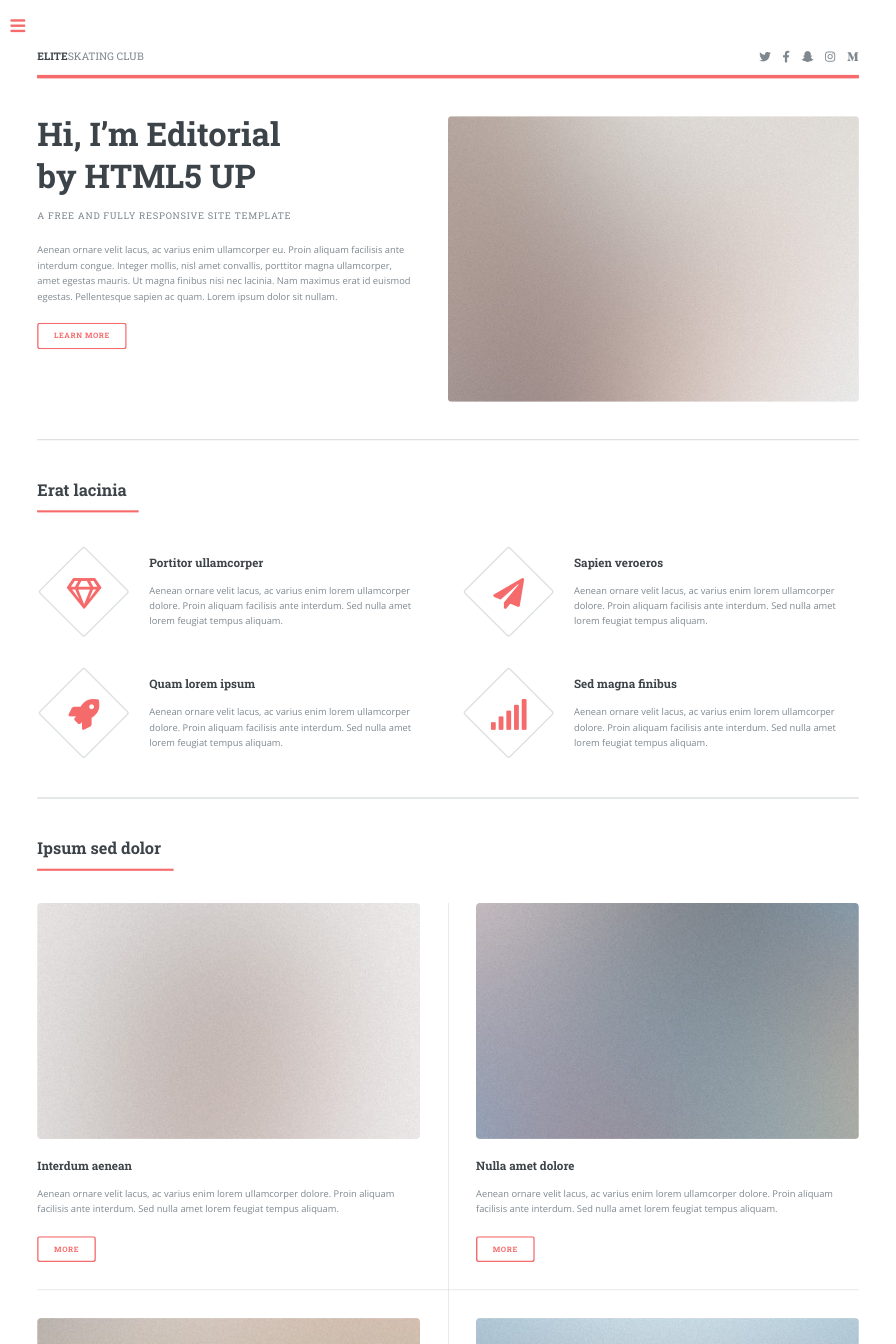
Repository: rachel648/New_Elite
Page: index.html
These files come from the project's save history. The page is drawn as it stood at one moment and after the next save; the edit follows.
The browser window is 1280 px wide. The pictures show the part of the page from y = 0 to 1920 px (the page is 3043 px tall), at 70% of full size.

Above is the page before, as saved 2024-09-20 13:15:13.

### index.html
<!DOCTYPE HTML>
<html>
	<head>
		<title>ELITE SKATES</title>
		<meta charset="utf-8" />
		<meta name="viewport" content="width=device-width, initial-scale=1, user-scalable=no" />
		<link rel="stylesheet" href="assets/css/main.css" />
	</head>
	<body class="is-preload">

		<!-- Wrapper -->
			<div id="wrapper">

				<!-- Main -->
					<div id="main">
						<div class="inner">

							<!-- Header -->
								<header id="header">
									<a href="index.html" class="logo"><strong>ELITE</strong>SKATING CLUB</a>
									<ul class="icons">
										<li><a href="#" class="icon brands fa-twitter"><span class="label">Twitter</span></a></li>
										<li><a href="#" class="icon brands fa-facebook-f"><span class="label">Facebook</span></a></li>
										<li><a href="#" class="icon brands fa-snapchat-ghost"><span class="label">Snapchat</span></a></li>
										<li><a href="#" class="icon brands fa-instagram"><span class="label">Instagram</span></a></li>
										<li><a href="#" class="icon brands fa-medium-m"><span class="label">Medium</span></a></li>
									</ul>
								</header>

							<!-- Banner -->
								<section id="banner">
									<div class="content">
										<header>
											<h1>Hi, I’m Editorial<br />
											by HTML5 UP</h1>
											<p>A free and fully responsive site template</p>
										</header>
										<p>Aenean ornare velit lacus, ac varius enim ullamcorper eu. Proin aliquam facilisis ante interdum congue. Integer mollis, nisl amet convallis, porttitor magna ullamcorper, amet egestas mauris. Ut magna finibus nisi nec lacinia. Nam maximus erat id euismod egestas. Pellentesque sapien ac quam. Lorem ipsum dolor sit nullam.</p>
										<ul class="actions">
											<li><a href="#" class="button big">Learn More</a></li>
										</ul>
									</div>
									<span class="image object">
										<img src="images/pic10.jpg" alt="" />
									</span>
								</section>

							<!-- Section -->
								<section>
									<header class="major">
										<h2>Erat lacinia</h2>
									</header>
									<div class="features">
										<article>
											<span class="icon fa-gem"></span>
											<div class="content">
												<h3>Portitor ullamcorper</h3>
												<p>Aenean ornare velit lacus, ac varius enim lorem ullamcorper dolore. Proin aliquam facilisis ante interdum. Sed nulla amet lorem feugiat tempus aliquam.</p>
											</div>
										</article>
										<article>
											<span class="icon solid fa-paper-plane"></span>
											<div class="content">
												<h3>Sapien veroeros</h3>
												<p>Aenean ornare velit lacus, ac varius enim lorem ullamcorper dolore. Proin aliquam facilisis ante interdum. Sed nulla amet lorem feugiat tempus aliquam.</p>
											</div>
										</article>
										<article>
											<span class="icon solid fa-rocket"></span>
											<div class="content">
												<h3>Quam lorem ipsum</h3>
												<p>Aenean ornare velit lacus, ac varius enim lorem ullamcorper dolore. Proin aliquam facilisis ante interdum. Sed nulla amet lorem feugiat tempus aliquam.</p>
											</div>
										</article>
										<article>
											<span class="icon solid fa-signal"></span>
											<div class="content">
												<h3>Sed magna finibus</h3>
												<p>Aenean ornare velit lacus, ac varius enim lorem ullamcorper dolore. Proin aliquam facilisis ante interdum. Sed nulla amet lorem feugiat tempus aliquam.</p>
											</div>
										</article>
									</div>
								</section>

							<!-- Section -->
								<section>
									<header class="major">
										<h2>Ipsum sed dolor</h2>
									</header>
									<div class="posts">
										<article>
											<a href="#" class="image"><img src="images/pic01.jpg" alt="" /></a>
											<h3>Interdum aenean</h3>
											<p>Aenean ornare velit lacus, ac varius enim lorem ullamcorper dolore. Proin aliquam facilisis ante interdum. Sed nulla amet lorem feugiat tempus aliquam.</p>
											<ul class="actions">
												<li><a href="#" class="button">More</a></li>
											</ul>
										</article>
										<article>
											<a href="#" class="image"><img src="images/pic02.jpg" alt="" /></a>
											<h3>Nulla amet dolore</h3>
											<p>Aenean ornare velit lacus, ac varius enim lorem ullamcorper dolore. Proin aliquam facilisis ante interdum. Sed nulla amet lorem feugiat tempus aliquam.</p>
											<ul class="actions">
												<li><a href="#" class="button">More</a></li>
											</ul>
										</article>
										<article>
											<a href="#" class="image"><img src="images/pic03.jpg" alt="" /></a>
											<h3>Tempus ullamcorper</h3>
											<p>Aenean ornare velit lacus, ac varius enim lorem ullamcorper dolore. Proin aliquam facilisis ante interdum. Sed nulla amet lorem feugiat tempus aliquam.</p>
											<ul class="actions">
												<li><a href="#" class="button">More</a></li>
											</ul>
										</article>
										<article>
											<a href="#" class="image"><img src="images/pic04.jpg" alt="" /></a>
											<h3>Sed etiam facilis</h3>
											<p>Aenean ornare velit lacus, ac varius enim lorem ullamcorper dolore. Proin aliquam facilisis ante interdum. Sed nulla amet lorem feugiat tempus aliquam.</p>
											<ul class="actions">
												<li><a href="#" class="button">More</a></li>
											</ul>
										</article>
										<article>
											<a href="#" class="image"><img src="images/pic05.jpg" alt="" /></a>
											<h3>Feugiat lorem aenean</h3>
											<p>Aenean ornare velit lacus, ac varius enim lorem ullamcorper dolore. Proin aliquam facilisis ante interdum. Sed nulla amet lorem feugiat tempus aliquam.</p>
											<ul class="actions">
												<li><a href="#" class="button">More</a></li>
											</ul>
										</article>
										<article>
											<a href="#" class="image"><img src="images/pic06.jpg" alt="" /></a>
											<h3>Amet varius aliquam</h3>
											<p>Aenean ornare velit lacus, ac varius enim lorem ullamcorper dolore. Proin aliquam facilisis ante interdum. Sed nulla amet lorem feugiat tempus aliquam.</p>
											<ul class="actions">
												<li><a href="#" class="button">More</a></li>
											</ul>
										</article>
									</div>
								</section>

						</div>
					</div>

				<!-- Sidebar -->
					<div id="sidebar">
						<div class="inner">

							<!-- Search -->
								<section id="search" class="alt">
									<form method="post" action="#">
										<input type="text" name="query" id="query" placeholder="Search" />
									</form>
								</section>

							<!-- Menu -->
								<nav id="menu">
									<header class="major">
										<h2>Menu</h2>
									</header>
									<ul>
										<li><a href="index.html">Homepage</a></li>
										<li><a href="generic.html">Generic</a></li>
										<li><a href="elements.html">Elements</a></li>
										<li>
											<span class="opener">Submenu</span>
											<ul>
												<li><a href="#">Lorem Dolor</a></li>
												<li><a href="#">Ipsum Adipiscing</a></li>
												<li><a href="#">Tempus Magna</a></li>
												<li><a href="#">Feugiat Veroeros</a></li>
											</ul>
										</li>
										<li><a href="#">Etiam Dolore</a></li>
										<li><a href="#">Adipiscing</a></li>
										<li>
											<span class="opener">Another Submenu</span>
											<ul>
												<li><a href="#">Lorem Dolor</a></li>
												<li><a href="#">Ipsum Adipiscing</a></li>
												<li><a href="#">Tempus Magna</a></li>
												<li><a href="#">Feugiat Veroeros</a></li>
											</ul>
										</li>
										<li><a href="#">Maximus Erat</a></li>
										<li><a href="#">Sapien Mauris</a></li>
										<li><a href="#">Amet Lacinia</a></li>
									</ul>
								</nav>

							<!-- Section -->
								<section>
									<header class="major">
										<h2>Ante interdum</h2>
									</header>
									<div class="mini-posts">
										<article>
											<a href="#" class="image"><img src="images/pic07.jpg" alt="" /></a>
											<p>Aenean ornare velit lacus, ac varius enim lorem ullamcorper dolore aliquam.</p>
										</article>
										<article>
											<a href="#" class="image"><img src="images/pic08.jpg" alt="" /></a>
											<p>Aenean ornare velit lacus, ac varius enim lorem ullamcorper dolore aliquam.</p>
										</article>
										<article>
											<a href="#" class="image"><img src="images/pic09.jpg" alt="" /></a>
											<p>Aenean ornare velit lacus, ac varius enim lorem ullamcorper dolore aliquam.</p>
										</article>
									</div>
									<ul class="actions">
										<li><a href="#" class="button">More</a></li>
									</ul>
								</section>

							<!-- Section -->
								<section>
									<header class="major">
										<h2>Get in touch</h2>
									</header>
									<p>Sed varius enim lorem ullamcorper dolore aliquam aenean ornare velit lacus, ac varius enim lorem ullamcorper dolore. Proin sed aliquam facilisis ante interdum. Sed nulla amet lorem feugiat tempus aliquam.</p>
									<ul class="contact">
										<li class="icon solid fa-envelope"><a href="#">information@untitled.tld</a></li>
										<li class="icon solid fa-phone">(000) 000-0000</li>
										<li class="icon solid fa-home">1234 Somewhere Road #8254<br />
										Nashville, TN 00000-0000</li>
									</ul>
								</section>

							<!-- Footer -->
								<footer id="footer">
									<p class="copyright">&copy; Untitled. All rights reserved. Demo Images: <a href="https://unsplash.com">Unsplash</a>. Design: <a href="https://html5up.net">HTML5 UP</a>.</p>
								</footer>

						</div>
					</div>

			</div>

		<!-- Scripts -->
			<script src="assets/js/jquery.min.js"></script>
			<script src="assets/js/browser.min.js"></script>
			<script src="assets/js/breakpoints.min.js"></script>
			<script src="assets/js/util.js"></script>
			<script src="assets/js/main.js"></script>

	</body>
</html>

Loaded but not shown: assets/css/fontawesome-all.min.css (library); assets/js/jquery.min.js (library); assets/js/browser.min.js (common file); assets/js/breakpoints.min.js (common file); assets/js/util.js (587 lines, source omitted); assets/js/main.js (262 lines, source omitted); assets/css/main.css (2273 lines, source omitted)

After the next save:
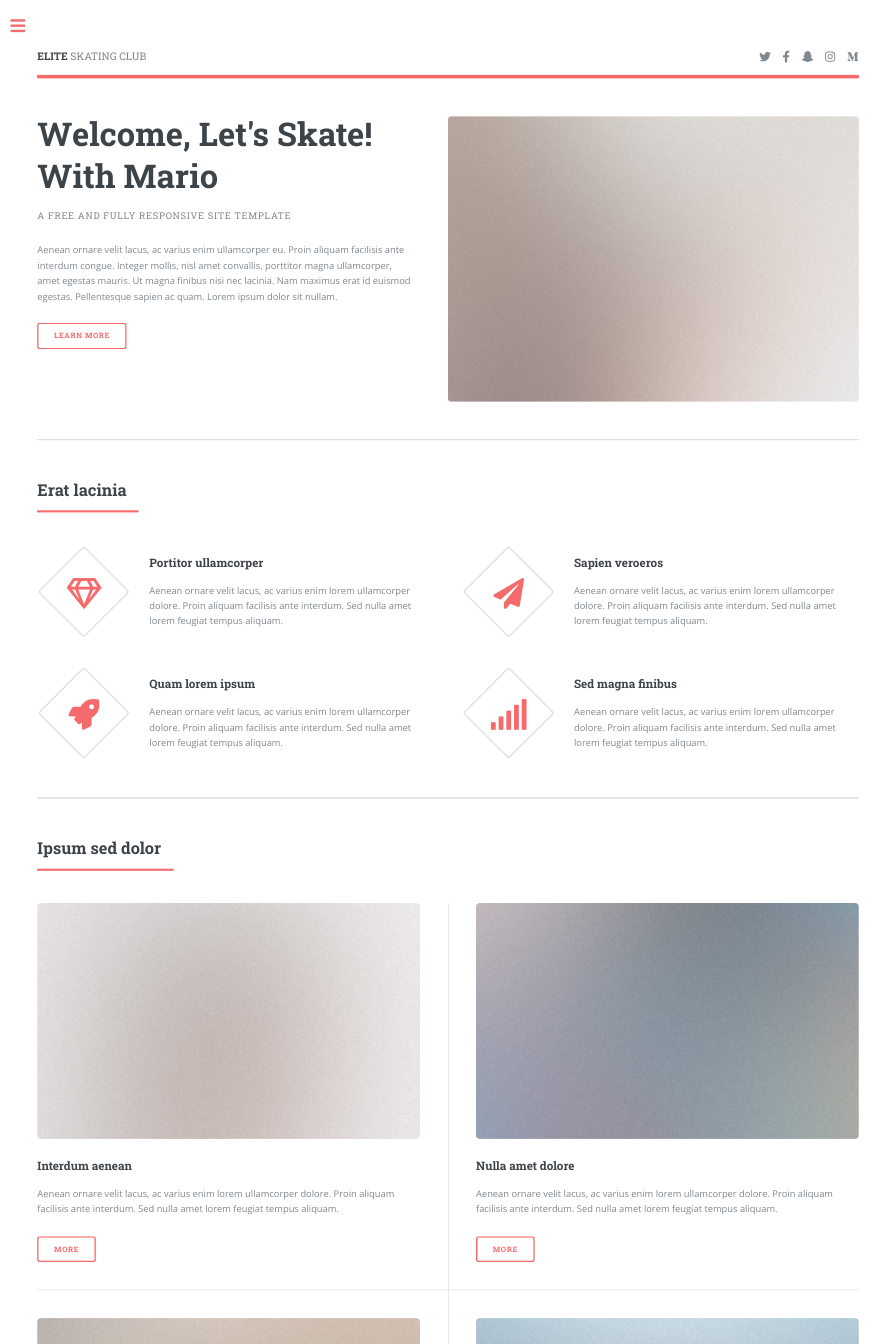
Saved 2 min 13 s later.
--- a/index.html
+++ b/index.html
@@ -17,7 +17,7 @@
 
 							<!-- Header -->
 								<header id="header">
-									<a href="index.html" class="logo"><strong>ELITE</strong>SKATING CLUB</a>
+									<a href="index.html" class="logo"><strong>ELITE </strong>SKATING CLUB</a>
 									<ul class="icons">
 										<li><a href="#" class="icon brands fa-twitter"><span class="label">Twitter</span></a></li>
 										<li><a href="#" class="icon brands fa-facebook-f"><span class="label">Facebook</span></a></li>
@@ -31,8 +31,8 @@
 								<section id="banner">
 									<div class="content">
 										<header>
-											<h1>Hi, I’m Editorial<br />
-											by HTML5 UP</h1>
+											<h1>Welcome, Let's Skate!<br />
+											With Mario</h1>
 											<p>A free and fully responsive site template</p>
 										</header>
 										<p>Aenean ornare velit lacus, ac varius enim ullamcorper eu. Proin aliquam facilisis ante interdum congue. Integer mollis, nisl amet convallis, porttitor magna ullamcorper, amet egestas mauris. Ut magna finibus nisi nec lacinia. Nam maximus erat id euismod egestas. Pellentesque sapien ac quam. Lorem ipsum dolor sit nullam.</p>
